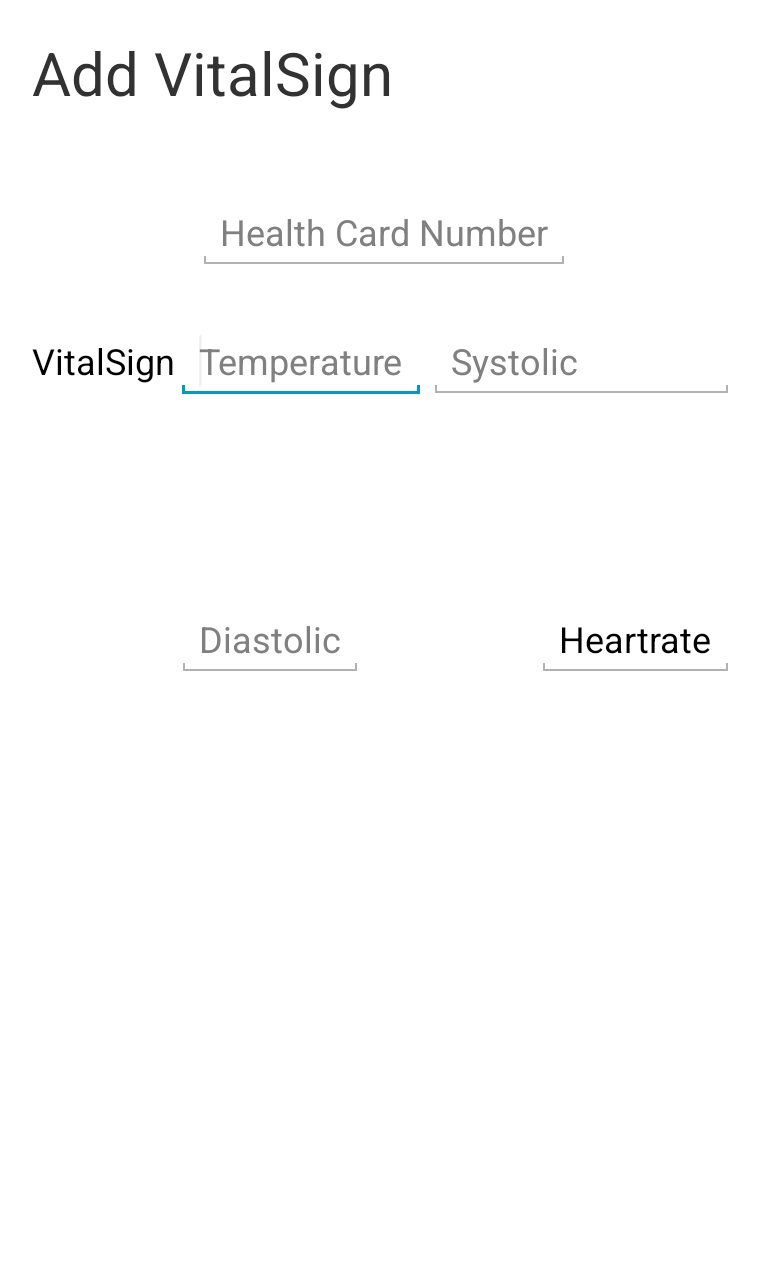
Repository: wangyuan0915/ER
Layout: workspace2/phase3/res/layout/activity_add_vital_sign.xml
The author's editor kept a copy of each file at every save. The layout is drawn from the files as they stood at one save, then again after the next save.
It is drawn on a 768 x 1280 px phone screen (xhdpi) without system bars, with theme AppTheme; the app's code is not run.

Above is the layout before, as saved 2013-11-24 06:23:15.

After the next save:
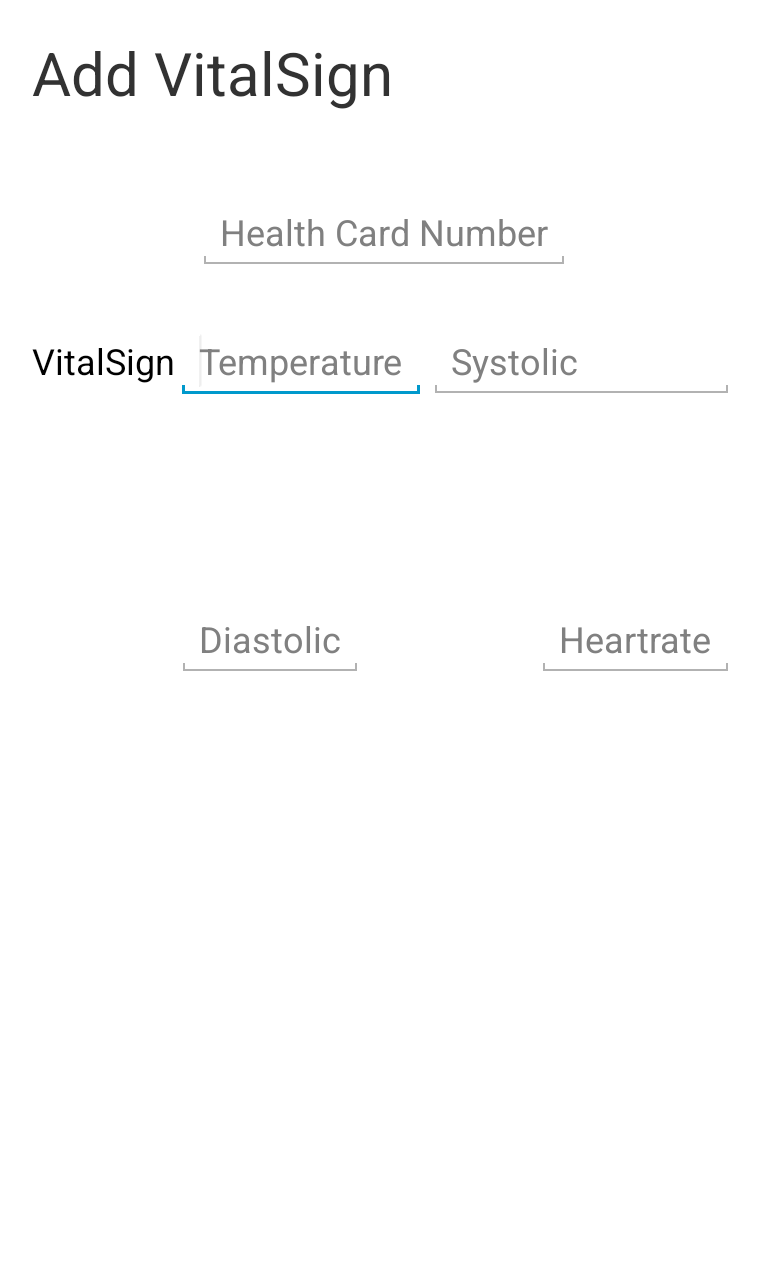
Saved 10 s later.
--- a/workspace2/phase3/res/layout/activity_add_vital_sign.xml
+++ b/workspace2/phase3/res/layout/activity_add_vital_sign.xml
@@ -77,7 +77,7 @@
         android:layout_height="wrap_content"
         android:layout_alignRight="@+id/systolic"
         android:layout_centerVertical="true"
-        android:text="Heartrate"
+        android:hint="@string/Heartrate"
         android:textAppearance="?android:attr/textAppearanceMedium" />
 
 </RelativeLayout>
